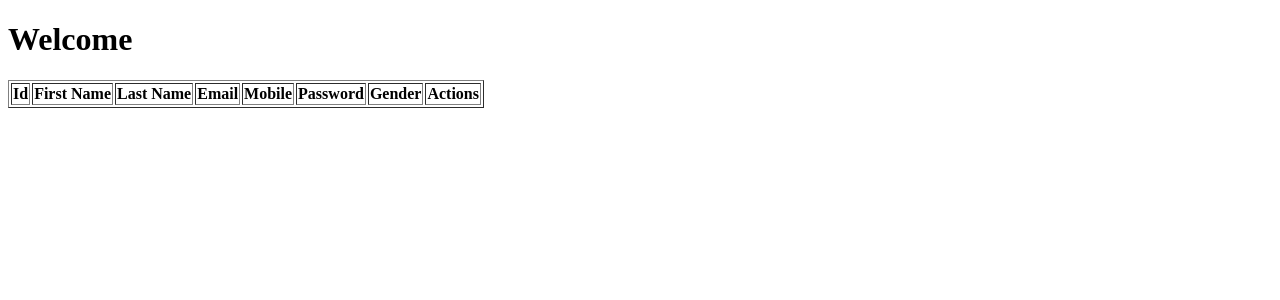
Repository: Laxman877/PracticeJava
Page: http://localhost/Hibernate_Assingment_0003_Flow_Check/display.jsp
The author's editor kept a copy of each file at every save. The page is drawn from the files as they stood at one save, then again after the next save.
The browser window is 1280 px wide. The pictures show the whole page.
The page is served by Tomcat 9.

Above is the page before, as saved 2022-07-26 05:52:46.

After the next save:
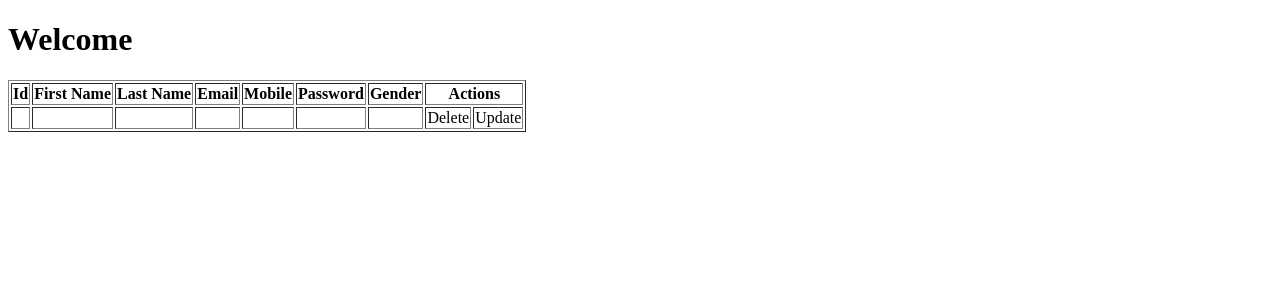
Saved 63 s later.
--- a/Hibernate_Assingment_0003_Flow_Check/src/main/webapp/display.jsp
+++ b/Hibernate_Assingment_0003_Flow_Check/src/main/webapp/display.jsp
@@ -21,6 +21,17 @@
 <th>Gender</th>
 <th colspan="2">Actions</th>
 </tr>
+<tr>
+<td></td>
+<td></td>
+<td></td>
+<td></td>
+<td></td>
+<td></td>
+<td></td>
+<td><a>Delete</a></td>
+<td><a>Update</a></td>
+</tr>
 </table>
 </body>
 </html>
